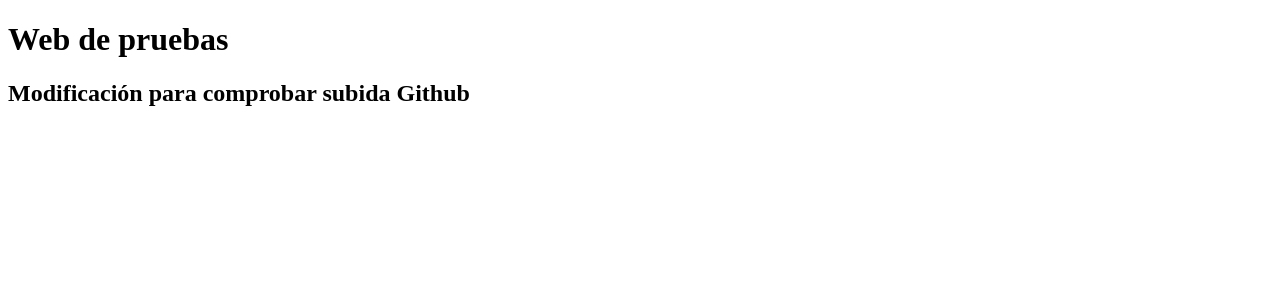
Repository: edujca/MyWeb
Page: web.html
The author's editor kept a copy of each file at every save. The page is drawn from the files as they stood at one save, then again after the next save.
The browser window is 1280 px wide. The pictures show the whole page.

Above is the page before, as saved 2025-01-21 18:39:01.

After the next save:
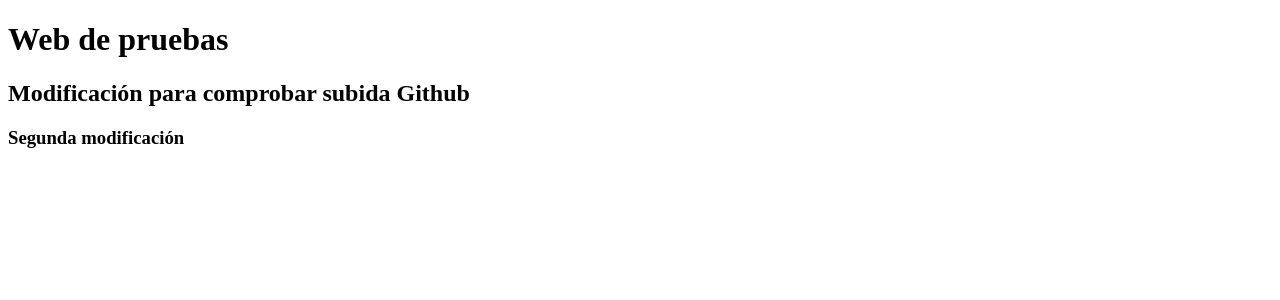
Saved 22 min 5 s later.
--- a/web.html
+++ b/web.html
@@ -8,5 +8,6 @@
 <body>
     <h1>Web de pruebas</h1>
     <h2>Modificación para comprobar subida Github</h2>
+    <h3>Segunda modificación</h3>
 </body>
 </html>
